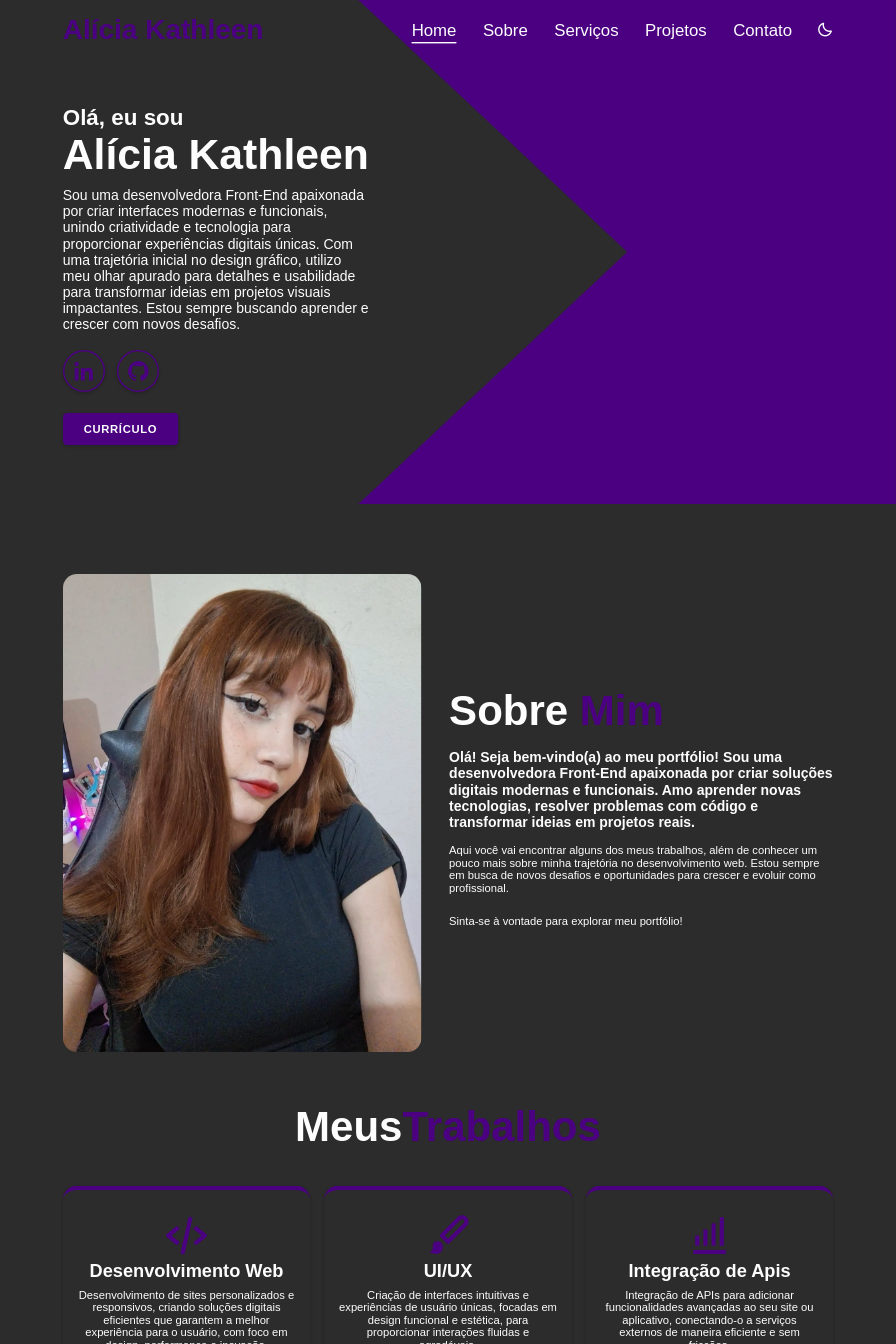
Repository: AliciaKathleen/portfolio-2025
Page: index.html
The author's editor kept a copy of each file at every save. The page is drawn from the files as they stood at one save, then again after the next save.
The browser window is 1280 px wide. The pictures show the part of the page from y = 0 to 1920 px (the page is 3946 px tall), at 70% of full size.

Above is the page before, as saved 2025-01-27 16:48:12.
Console error: TypeError: Cannot read properties of null (reading 'classList')

After the next save:
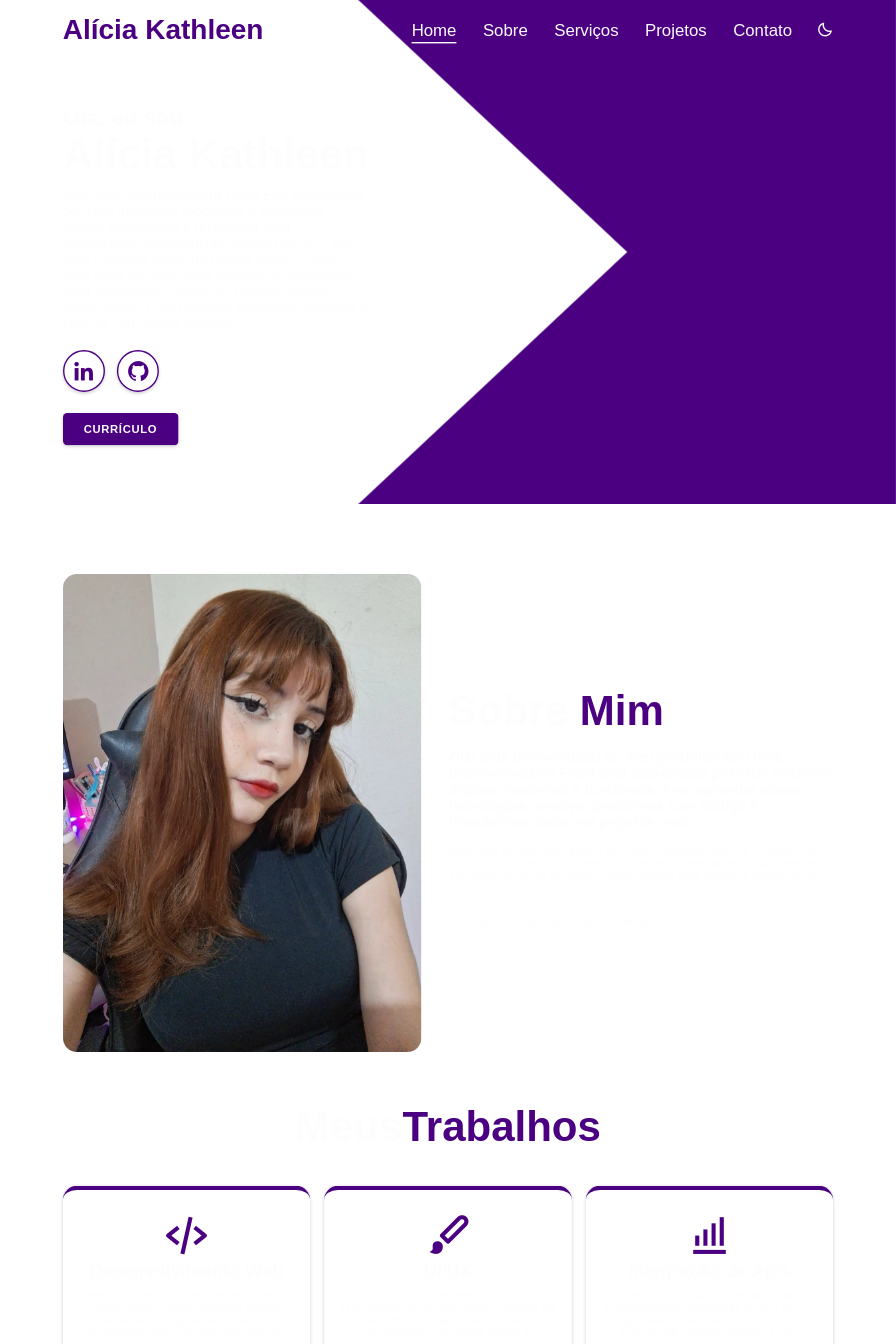
Saved 22 s later.
--- a/style.css
+++ b/style.css
@@ -10,7 +10,7 @@
 }
 
 :root {
-    --bg-color: #2C2C2C;
+    --bg-color: E0E0E0;
     --text-color: #fdfdfd;
     --main-color: #4B0082;
     --white-color: #fdfdfd;
